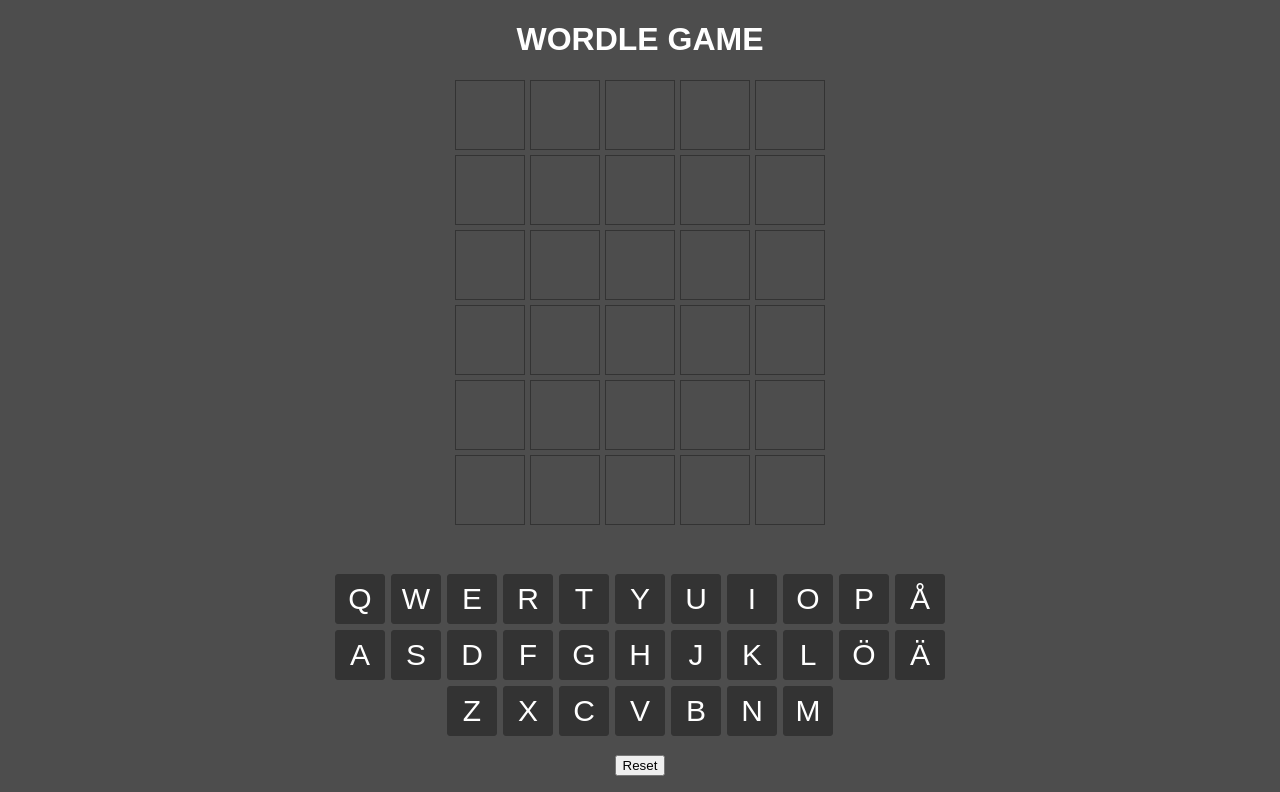
Repository: KarimIsaac/WorldeGame
Page: index.html
An editor plug-in stored every save of this project. The page is shown before and after the next save, followed by the edit.
The browser window is 1280 px wide. The pictures show the whole page.

Above is the page before, as saved 2022-03-13 07:12:21.

After the next save:
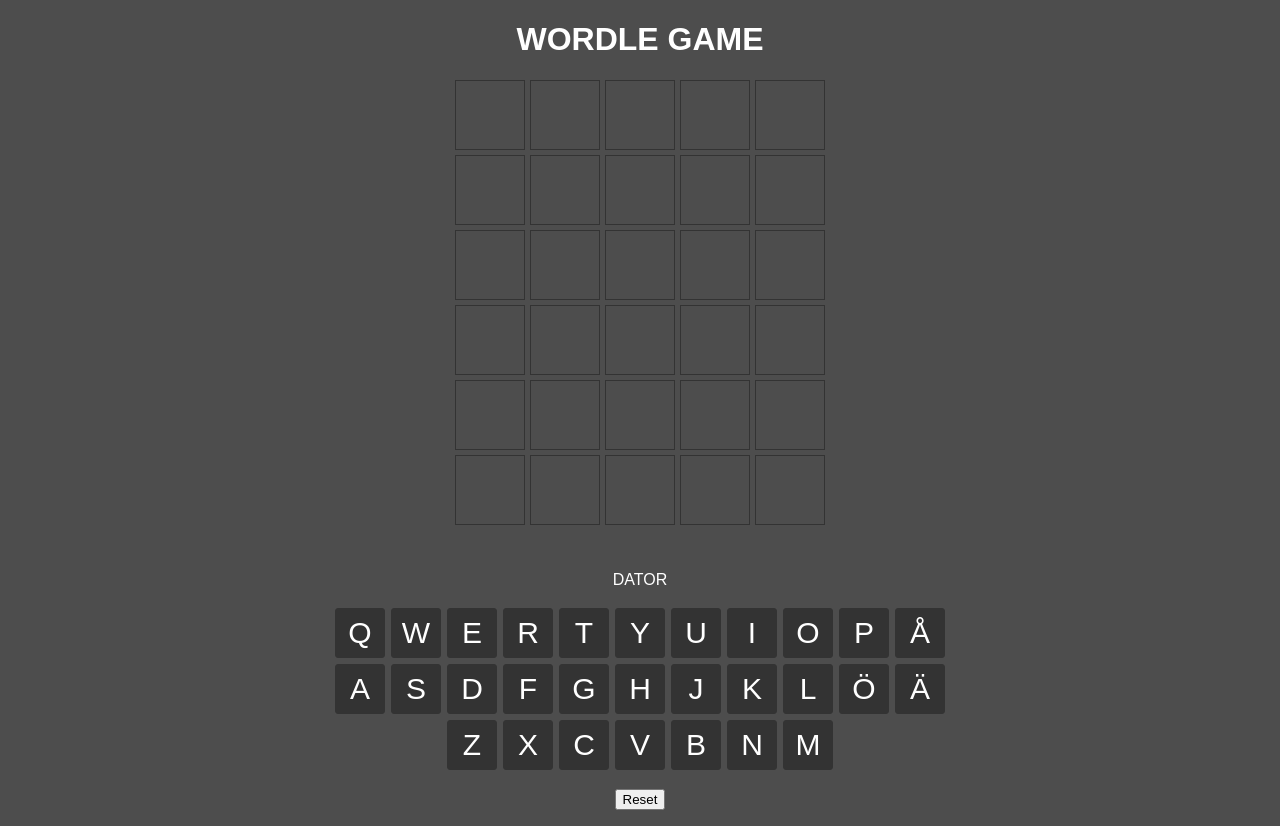
Saved 11 s later.
--- a/script.js
+++ b/script.js
@@ -115,7 +115,7 @@ function init() {
 
   answer = words[Math.floor(Math.random() * words.length)];
 
-
+  document.getElementById("answer").textContent = answer;
 
   drawGrid();
   drawKeyboard();
